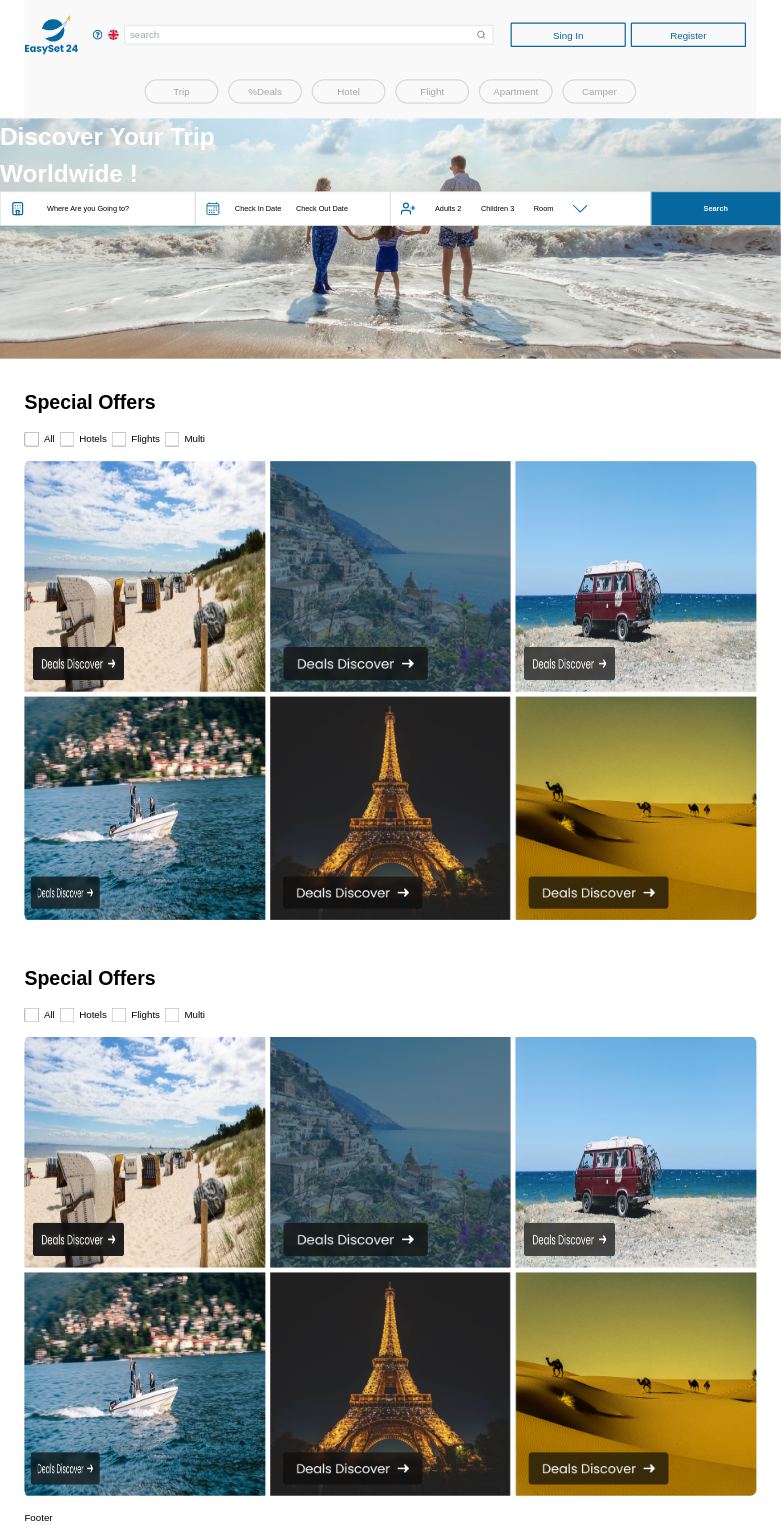
Repository: Quynhhuong150322/DIKO_STUDY_TRAVEL_WEB
Page: /
These files come from the project's save history. The page is drawn as it stood at one moment and after the next save; the edit follows.
The browser window is 1280 px wide. The pictures show the whole page, at 61% of full size.
The project was rebuilt for these pictures with package versions that can differ from the ones it lists, and the page was loaded fresh each time. Also part of the build but not shown: src/components/Login.js, src/components/Register.js. Imported but missing from the stored project, and not drawn on this page: src/redux/slices/authSlice.

Above is the page before, as saved 2024-02-23 10:41:16.

### src/index.css
@tailwind base;
@tailwind components;
@tailwind utilities;

@import url("https://fonts.googleapis.com/css2?family=Poppins:wght@100;300;400;500;600&display=swap");

@layer base {
  html {
    font-family: "Poppins", sans-serif;
  }
  * {
    margin: 0;
    padding: 0;
    box-sizing: border-box;
    scroll-behavior: smooth;
    /* background-color: #F9F9F9; */
  }
}

@layer components {
  .max-container {
    max-width: 1260px;
    /* min-height: 100vh; */
    margin: 0 auto;
    padding: 0 30px;
    /* display: flex; */
    /* flex-direction: column; */
    justify-content: space-between;
  }
  .button {
    width: 189px;
    height: 40px;
    border-style: solid;
    border-width: 2px;
    border-color: #07689F;
    color: #07689F;
  }
  .tabMenu {
    width: 121px;
    height: 40px;
    color: #D9D9D9;
    border-style: solid;
    border-width: 2px;
    border-color: #D9D9D9;
    color: #D9D9D9;
    border-radius: 9999px;
  }
  .tabSearch {
    /* max-width: 1190px; */
    height: 56px;
    border-style: solid;
    border-width: 1px;
    border-color: #D9D9D9;
    padding: 0 16px;
    font-size: 12px;
  }

}

### src/App.js
import React from "react";
import Navbar from "./components/Navbar";
import Footer from "./components/Footer";
import AppRoutes from "./routes/AppRoutes";
import { BrowserRouter as Router } from "react-router-dom";

const App = () => {
  return (
    <Router>
      <div className="">
        <div className="max-container">
          <Navbar />
        </div>
        <div>
          <AppRoutes />
        </div>
        <div className="max-container">
          <Footer />
        </div>
      </div>
    </Router>
  );
};

export default App;

### src/redux/store.js
import { configureStore } from "@reduxjs/toolkit";
import authReducer from "./slices/authSlice";

export const store = configureStore({
  reducer: {
    users: authReducer,
  },
});

### src/components/Navbar.js
import React from 'react'
import Logo from '../assets/images/Header/Logo.png'
import EL from '../assets/images/Header/England.png'
import { FaRegQuestionCircle } from "react-icons/fa";
import { LuSearch } from "react-icons/lu";

const MenuData = [
    {
        id: 1,
        name: 'Trip',
    },
    {
        id: 2,
        name: '%Deals',
    },
    {
        id: 3,
        name: 'Hotel',
    },
    {
        id: 4,
        name: 'Flight',
    },
    {
        id: 5,
        name: 'Apartment',
    },
    {
        id: 6,
        name: 'Camper',
    },
]

const Navbar = () => {
    return (
        <div className='bg-neutral py-[24px]'>
            <div className="flex flex-col gap-10">
                {/* Header Section  */}
                <div className='flex gap-2 items-center'>
                    <img src={Logo} alt="" />
                    <div className='flex gap-7 items-center'>
                        <div className="flex gap-1 items-center">
                            <FaRegQuestionCircle className='text-primary' />
                            <img src={EL} alt="" className='w-7 h-7' />
                            {/* Search  */}
                            <div className="relative flex items-center">
                                <input
                                    type="text"
                                    placeholder="search"
                                    className="w-[605px] h-[32px] rounded-sm border border-gray-300 px-2 py-1 focus:outline-none focus:border-1 focus:border-primary"
                                />
                                <LuSearch className="text-gray-500 group-hover:text-primary absolute top-1/2 -translate-y-1/2 right-3 cursor-pointer" />
                            </div>
                        </div>
                        <div className='flex gap-2 items-center'>
                            <button className='button border-primary bg-neutral hover:scale-105 py-2 px-4 rounded-sm'>
                                Sing In
                            </button>
                            <button className='button border-primary bg-neutral hover:scale-105 py-2 px-4 rounded-sm'>
                                Register
                            </button>
                        </div>
                    </div>
                    <div>
                    </div>
                </div>
                {/* Upper Nav  */}
                <div className=''>
                    <div className=' '>
                        <ul className='flex justify-center gap-4'>
                            {
                                MenuData.map((data) => (
                                    <button key={data.id} className='text-pri tabMenu focus:bg-primary focus:text-white focus:font-bold focus:border-primary inline-block hover:text-primary' >
                                        {data.name}
                                    </button>
                                ))
                            }
                        </ul>
                    </div>
                </div>
            </div>
        </div>
    )
}

export default Navbar

### src/routes/AppRoutes.js
import React from "react";
import { Switch, Route } from "react-router-dom";
import Login from "../components/Login";
import Register from "../components/Register";
import Langding from "../pages/LangdingPage/Langding";
const AppRoutes = () => {
  return (
    <div>
      <Switch>
        <Route path="/login">
          <Login />
        </Route>
        <Route path="/register">
          <Register />
        </Route>
        <Route path="/" exact>
          <Langding />
        </Route>
        <Route path="*">
          <div className="">404 not Error...</div>
        </Route>
      </Switch>
    </div>
  );
};

export default AppRoutes;

### src/pages/LangdingPage/Langding.js
import React from 'react'
import Picture from '../../assets/images/LangdingPage/Picture.png'
import { LuHotel } from "react-icons/lu";
import { IoCalendarOutline } from "react-icons/io5";
import { SlArrowDown } from "react-icons/sl";
import { FiUserPlus } from "react-icons/fi";
import Img1 from "../../assets/images/LangdingPage/SpecialOffers/Photo 1.png";
import Img2 from "../../assets/images/LangdingPage/SpecialOffers/Photo 2.png"
import Img3 from "../../assets/images/LangdingPage/SpecialOffers/Photo 3.png"
import Img4 from "../../assets/images/LangdingPage/SpecialOffers/Photo 4.png"
import Img5 from "../../assets/images/LangdingPage/SpecialOffers/Photo 5.png"
import Img6 from "../../assets/images/LangdingPage/SpecialOffers/Photo 6.png"


const BannerImg = {
  backgroundImage: `url(${Picture})`,
  backgroundPosition: "center",
  backgroundRepeat: "no-repeat",
  backgroundSize: "cover",
  height: "394px",
  width: "100%",
};
const ListMenu = [
  {
    id: 1,
    name: "All",
  },
  {
    id: 2,
    name: "Hotels",
  },
  {
    id: 3,
    name: "Flights",
  },
  {
    id: 4,
    name: "Multi",
  }
]

const ListImage = [
  {
    id: 1,
    img: Img1,
  },
  {
    id: 2,
    img: Img2,
  },
  {
    id: 3,
    img: Img3,
  },
  {
    id: 4,
    img: Img4,
  },
  {
    id: 5,
    img: Img5,
  },
  {
    id: 6,
    img: Img6,
  },
]


const Langding = () => {
  return (
    <div >
      {/* Discover Trip  */}
      <div className=' background ' style={BannerImg}>
        <div className=' '>
          <h1 className='text-3xl w-1/3 font-bold text-white bg-opacity-0'>
            Discover Your Trip Worldwide !
          </h1>
          <div class="flex flex-row  bg-white">
            <div class="basis-1/4 tabSearch flex gap-9 items-center">
              <LuHotel className='text-primary' size={24} />
              <p className=''>
                Where Are you Going to?
              </p>
            </div>
            <div class="basis-1/4 tabSearch flex gap-6 items-center">
              <IoCalendarOutline size={24} className='text-primary' />
              <p className=''>
                Check In Date
              </p>
              <p className=''>
                Check Out Date
              </p>
            </div>
            <div class="basis-1/3 tabSearch flex gap-8 items-center">
              <FiUserPlus size={24} className='text-primary' />
              <p className=''>
                Adults 2
              </p>
              <p className=''>
                Children 3
              </p>
              <p className=''>
                Room
              </p>
              <SlArrowDown size={24} className='text-primary' />
            </div>
            <div class="basis-1/6  tabSearch bg-primary flex justify-center items-center">
              <p className='font-bold text-white'>Search</p>
            </div>
          </div>
        </div>
      </div>
      {/* Special Offers */}
      <div className='max-container py-6'>
        {/* checkbox  */}
        <div className='flex flex-col gap-6 py-6'>
          <h2 className='text-2xl font-bold'>Special Offers</h2>
          <div className='flex '>
            <div className='flex justify-center items-center gap-2'>
              {
                ListMenu.map((data) => (
                  <><input
                    type="checkbox"
                    className="w-[24px] h-[24px] border border-gray-300 px-2 py-1 focus:outline-none focus:border-1 focus:border-primary" />
                    <label for="checkbox" className='text-base'>{data.name}</label>
                  </>
                ))
              }
            </div>
          </div>
        </div>
        {/* image  */}
        <div>
          <div className='grid grid-cols-3 gap-2'>
            {
              ListImage.map((data) => (
                <img src={data.img} alt="" className='w-full h-full' />
              ))
            }
          </div>
        </div>
      </div>

      {/*   */}
      <div className='max-container py-6'>
        <div className='flex flex-col gap-6 py-6'>
          <h2 className='text-2xl font-bold'>Special Offers</h2>
          <div className='flex '>
            <div className='flex justify-center items-center gap-2'>
              {
                ListMenu.map((data) => (
                  <><input
                    type="checkbox"
                    className="w-[24px] h-[24px] border border-gray-300 px-2 py-1 focus:outline-none focus:border-1 focus:border-primary" />
                    <label for="checkbox" className='text-base'>{data.name}</label>
                  </>
                ))
              }
            </div>
          </div>
        </div>
        {/* image  */}
        <div>
          <div className='grid grid-cols-3 gap-2'>
            {
              ListImage.map((data) => (
                <img src={data.img} alt="" className='w-full h-full' />
              ))
            }
          </div>
        </div>
      </div>
    </div >
  )
}

export default Langding

### tailwind.config.js
/** @type {import('tailwindcss').Config} */
module.exports = {
  content: ["./src/**/*.{js,jsx,ts,tsx}"],
  theme: {
    extend: {
      colors: {
        primary: "#07689F",
        secondary: "#D9D9D9",
        neutral: "#F9F9F9",
        pri: "#A6A6A6",
      },
      fontSize: {
        sm: '12px',
        base: '16px',
        xl: '20px',
        '2xl': '32px',
        '3xl': '40px',
        '4xl': '44px',
        // '5xl': '3.052rem',
      },
    },
  },
  plugins: [],
};

Loaded but not shown: public/index.html (common file); src/index.js (common file); src/reportWebVitals.js (common file); src/components/Footer.js (common file)

After the next save:
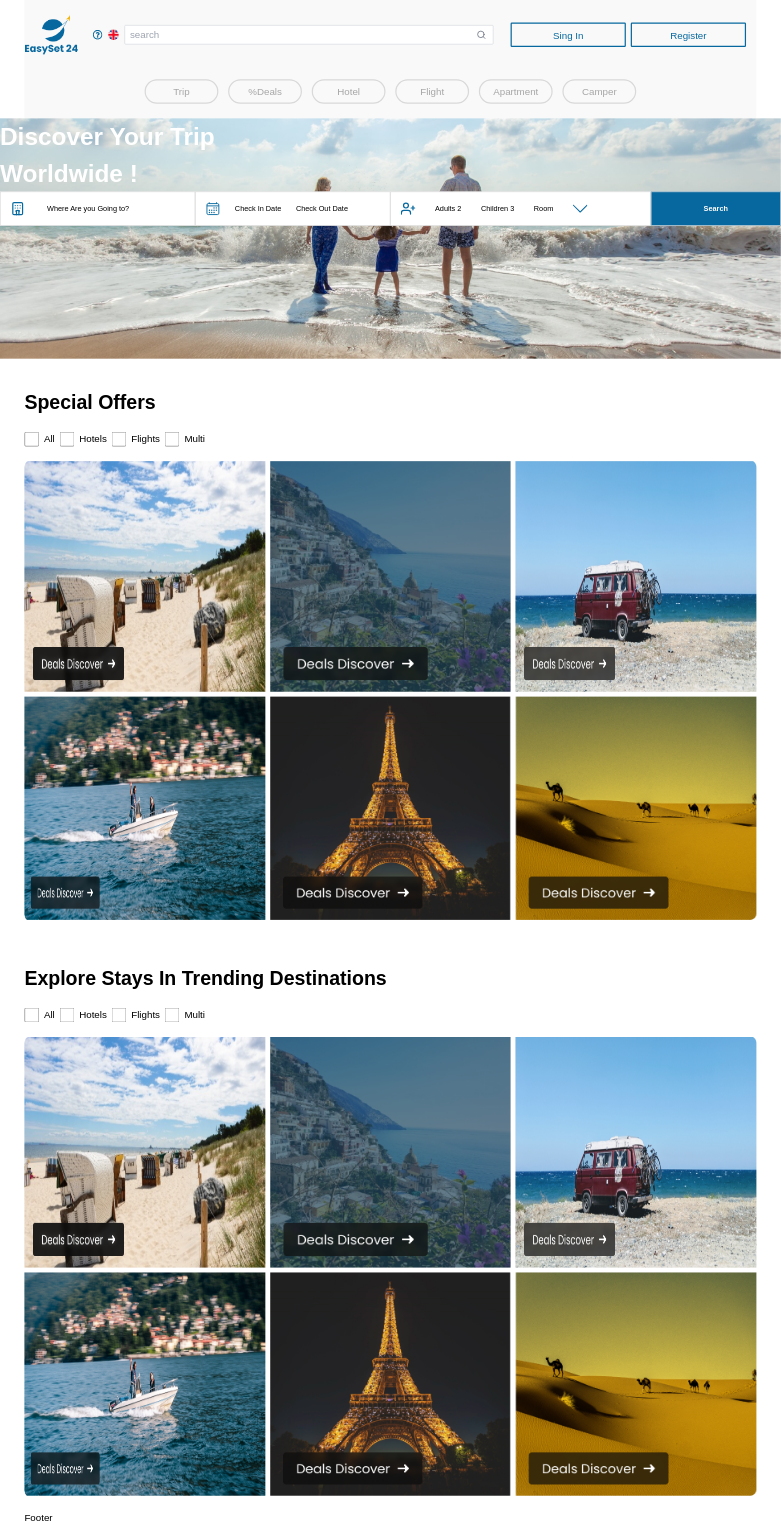
Saved 12 s later.
--- a/src/pages/LangdingPage/Langding.js
+++ b/src/pages/LangdingPage/Langding.js
@@ -142,10 +142,10 @@ const Langding = () => {
         </div>
       </div>
 
-      {/*   */}
+      {/* Explore Stays In Trending Destinations  */}
       <div className='max-container py-6'>
         <div className='flex flex-col gap-6 py-6'>
-          <h2 className='text-2xl font-bold'>Special Offers</h2>
+          <h2 className='text-2xl font-bold'>Explore Stays In Trending Destinations</h2>
           <div className='flex '>
             <div className='flex justify-center items-center gap-2'>
               {
